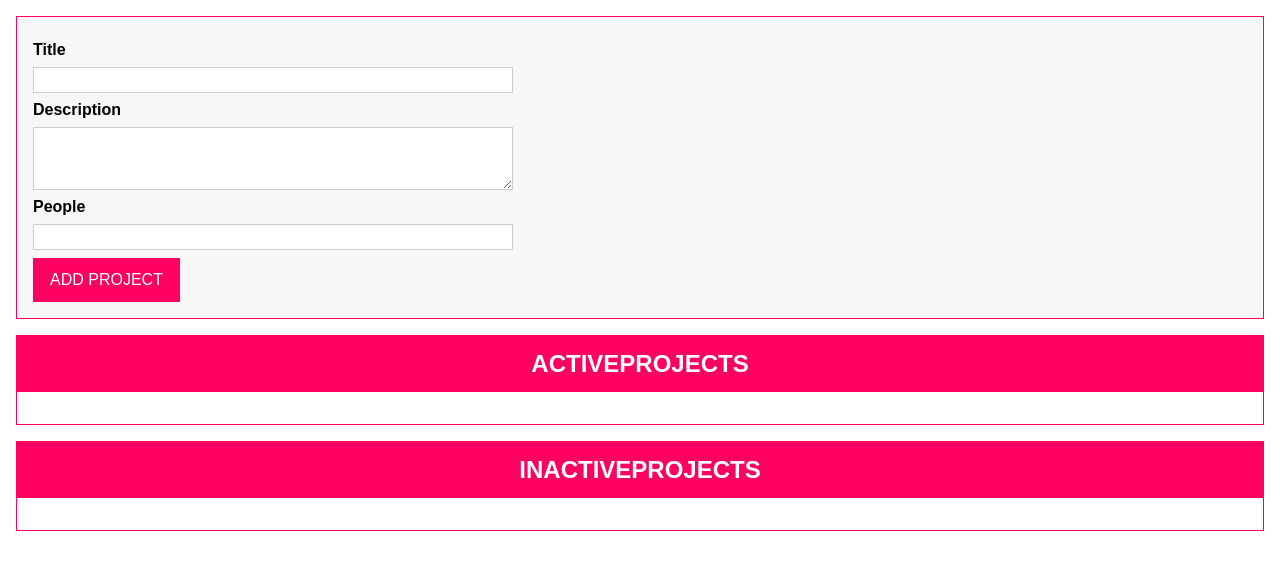
Repository: Mrkewl/drag-drop-UI-TypeScript
Page: /
The author's editor kept a copy of each file at every save. The page is drawn from the files as they stood at one save, then again after the next save.
The browser window is 1280 px wide. The pictures show the whole page.
The project was rebuilt for these pictures with package versions that can differ from the ones it lists, and the page was loaded fresh each time. Also part of the build but not shown: webpack.config.js.

Above is the page before, as saved 2022-05-04 07:51:07.

### index.html
<!DOCTYPE html>
<html lang="en">
  <head>
    <meta charset="UTF-8" />
    <meta name="viewport" content="width=device-width, initial-scale=1.0" />
    <meta http-equiv="X-UA-Compatible" content="ie=edge" />
    <title>ProjectManager</title>
    <link rel="stylesheet" href="app.css" />
    <script src="dist/app.js" defer></script>
  </head>
  <body>
    <template id="project-input">
      <form>
        <div class="form-control">
          <label for="title">Title</label>
          <input type="text" id="title" />
        </div>
        <div class="form-control">
          <label for="description">Description</label>
          <textarea id="description" rows="3"></textarea>
        </div>
        <div class="form-control">
          <label for="people">People</label>
          <input type="number" id="people" step="1" min="0" max="10" />
        </div>
        <button type="submit">ADD PROJECT</button>
      </form>
    </template>
    <template id="single-project">
      <li></li>
    </template>
    <template id="project-list">
      <section class="projects">
        <header>
          <h2></h2>
        </header>
        <ul></ul>
      </section>
    </template>
    <div id="app"></div>
  </body>
</html>

### src/app.ts
interface Validatable {
  value: string | number;
  required?: boolean;
  minLength?: number;
  maxLength?: number;
  min?: number;
  max?: number;
}

function validate(validatableInput: Validatable) {
  let isValid = true;
  if (validatableInput.required) {
    isValid = isValid && validatableInput.value.toString().trim().length !== 0;
  }
  if (
    validatableInput.minLength != null &&
    typeof validatableInput.value === "string"
  ) {
    isValid =
      isValid && validatableInput.value.length >= validatableInput.minLength;
  }
  if (
    validatableInput.maxLength != null &&
    typeof validatableInput.value === "string"
  ) {
    isValid =
      isValid && validatableInput.value.length <= validatableInput.maxLength;
  }
  if (
    validatableInput.min != null &&
    typeof validatableInput.value === "number"
  ) {
    isValid = isValid && validatableInput.value >= validatableInput.min;
  }
  if (
    validatableInput.max != null &&
    typeof validatableInput.value === "number"
  ) {
    isValid = isValid && validatableInput.value >= validatableInput.max;
  }
  return isValid;
}

function Autobind(_: any, _2: string | Symbol, descriptor: PropertyDescriptor) {
  const originalMethod = descriptor.value;
  const adjDescriptor: PropertyDescriptor = {
    configurable: true,
    enumerable: false,
    get() {
      const boundFn = originalMethod.bind(this);
      return boundFn;
    },
  };
  return adjDescriptor;
}

class ProjectList {
  templateElement: HTMLTemplateElement;
  hostElement: HTMLDivElement;
  element: HTMLElement;
  constructor(private type: "active" | "finished") {
    this.templateElement = (<HTMLTemplateElement>(
      document.getElementById("project-list")!
    )) as HTMLTemplateElement;
    this.hostElement = document.getElementById("app")! as HTMLDivElement;

    const importedNode = document.importNode(
      this.templateElement.content,
      true
    );
    this.element = importedNode.firstElementChild as HTMLElement;
    this.element.id = `${this.type}-projects`;
    this.attach();
    this.renderContent();
  }

  private renderContent() {
    const listId = `${this.type}-project-list`;
    this.element.querySelector("ul")!.id = listId;
    this.element.querySelector("h2")!.textContent =
      this.type.toUpperCase() + "PROJECTS";
  }

  private attach() {
    this.hostElement.insertAdjacentElement("beforeend", this.element);
  }
}

class ProjectInput {
  templateElement: HTMLTemplateElement;
  hostElement: HTMLDivElement;
  element: HTMLFormElement;

  titleInputElement: HTMLInputElement;
  descriptionInputElement: HTMLInputElement;
  peopleInputElement: HTMLInputElement;

  constructor() {
    this.templateElement = (<HTMLTemplateElement>(
      document.getElementById("project-input")!
    )) as HTMLTemplateElement;
    this.hostElement = document.getElementById("app")! as HTMLDivElement;

    const importedNode = document.importNode(
      this.templateElement.content,
      true
    );
    this.element = importedNode.firstElementChild as HTMLFormElement;
    this.element.id = "user-input";
    this.titleInputElement = this.element.querySelector(
      "#title"
    ) as HTMLInputElement;
    this.descriptionInputElement = this.element.querySelector(
      "#description"
    ) as HTMLInputElement;
    this.peopleInputElement = this.element.querySelector(
      "#people"
    ) as HTMLInputElement;
    this.configure();
    this.attach();
  }

  private gatherUserInput(): [string, string, number] | void {
    const enteredTitle = this.titleInputElement.value;
    const enteredDescription = this.descriptionInputElement.value;
    const enteredPeople = this.peopleInputElement.value;

    const titleValidatable: Validatable = {
      value: enteredTitle,
      required: true,
    };
    const descriptionValidatable: Validatable = {
      value: enteredDescription,
      required: true,
      minLength: 5,
    };
    const peopleValidatable: Validatable = {
      value: +enteredPeople,
      required: true,
      min: 1,
      max: 5,
    };
    if (
      !validate(titleValidatable) ||
      !validate(descriptionValidatable) ||
      !validate(peopleValidatable)
    ) {
      alert("Invalid input, please try again!");
      return;
    } else {
      return [enteredTitle, enteredDescription, +enteredPeople];
    }
  }
  private clearInputs() {
    this.titleInputElement.value = "";
    this.descriptionInputElement.value = "";
    this.peopleInputElement.value = "";
  }

  @Autobind
  private submitHandler(event: Event) {
    event.preventDefault();
    const userInput = this.gatherUserInput();
    if (Array.isArray(userInput)) {
      const [title, desc, people] = userInput;
      console.log(title, desc, people);
      this.clearInputs();
    }
    console.log(this.titleInputElement.value);
  }

  private configure() {
    this.element.addEventListener("submit", this.submitHandler);
  }

  private attach() {
    this.hostElement.insertAdjacentElement("afterbegin", this.element);
  }
}

const prjInput = new ProjectInput();
const activeProjectList = new ProjectList('active');
const inactiveProjectList = new ProjectList('inactive');

### app.css
* {
  box-sizing: border-box;
}

html {
  font-family: sans-serif;
}

body {
  margin: 0;
}

label,
input,
textarea {
  display: block;
  margin: 0.5rem 0;
}

label {
  font-weight: bold;
}

input,
textarea {
  font: inherit;
  padding: 0.2rem 0.4rem;
  width: 100%;
  max-width: 30rem;
  border: 1px solid #ccc;
}

input:focus,
textarea:focus {
  outline: none;
  background: #fff5f9;
}

button {
  font: inherit;
  background: #ff0062;
  border: 1px solid #ff0062;
  cursor: pointer;
  color: white;
  padding: 0.75rem 1rem;
}

button:focus {
  outline: none;
}

button:hover,
button:active {
  background: #a80041;
  border-color: #a80041;
}

.projects {
  margin: 1rem;
  border: 1px solid #ff0062;
}

.projects header {
  background: #ff0062;
  height: 3.5rem;
  display: flex;
  justify-content: center;
  align-items: center;
}

#finished-projects {
  border-color: #0044ff;
}

#finished-projects header {
  background: #0044ff;
}

.projects h2 {
  margin: 0;
  color: white;
}

.projects ul {
  list-style: none;
  margin: 0;
  padding: 1rem;
}

.projects li {
  box-shadow: 1px 1px 8px rgba(0, 0, 0, 0.26);
  padding: 1rem;
  margin: 1rem;
}

.projects li h2 {
  color: #ff0062;
  margin: 0.5rem 0;
}

#finished-projects li h2 {
  color: #0044ff;
}

.projects li h3 {
  color: #575757;
  font-size: 1rem;
}

.project li p {
  margin: 0;
}

.droppable {
  background: #ffe3ee;
}

#finished-projects .droppable {
  background: #d6e1ff;
}

#user-input {
  margin: 1rem;
  padding: 1rem;
  border: 1px solid #ff0062;
  background: #f7f7f7;
}

After the next save:
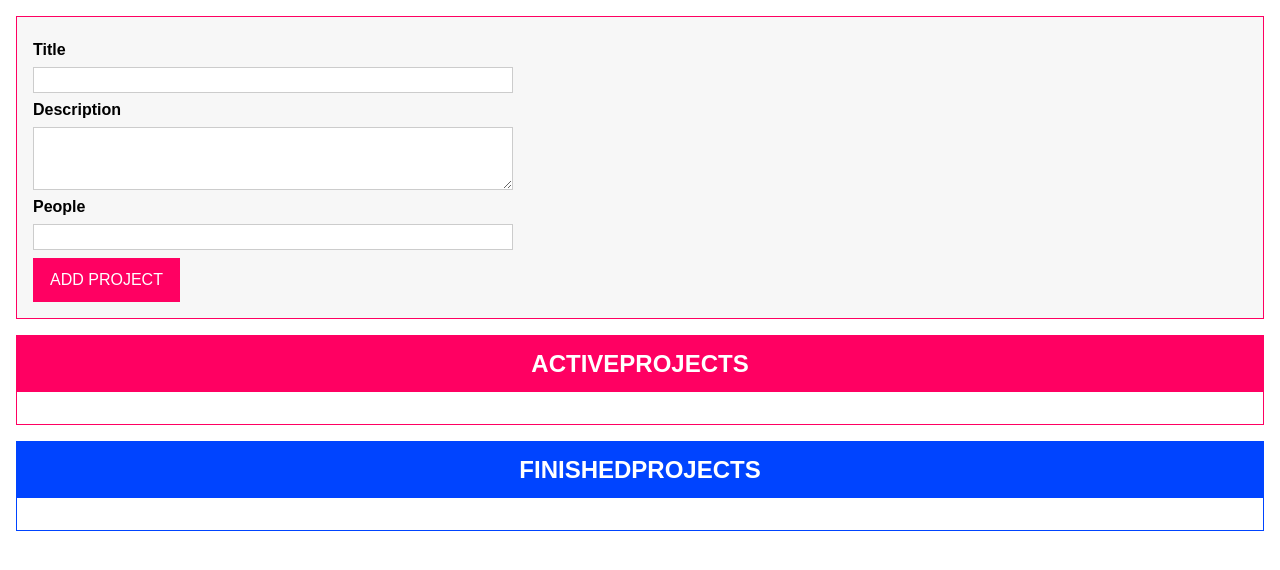
Saved 6 s later.
--- a/src/app.ts
+++ b/src/app.ts
@@ -180,4 +180,4 @@ class ProjectInput {
 
 const prjInput = new ProjectInput();
 const activeProjectList = new ProjectList('active');
-const inactiveProjectList = new ProjectList('inactive');
+const inactiveProjectList = new ProjectList('finished');
